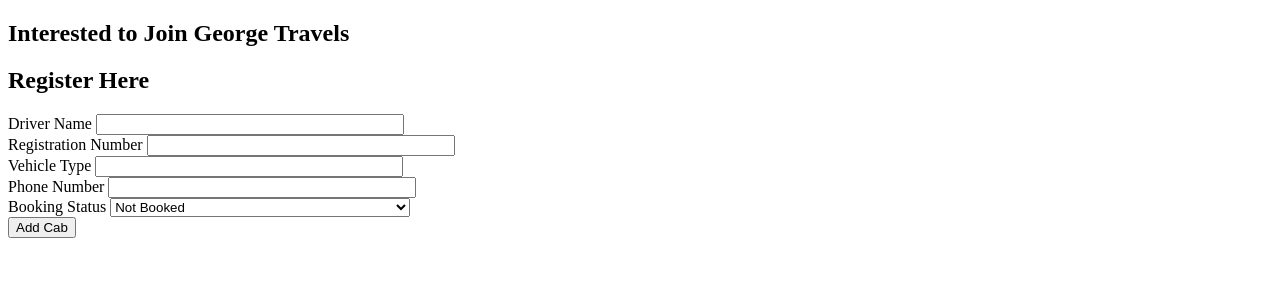
Repository: harshithkandula/Travel-Management-Software
Page: http://localhost/User_Interface_MS/WEB-INF/views/Addcab.jsp
These files come from the project's save history. The page is drawn as it stood at one moment and after the next save; the edit follows.
The browser window is 1280 px wide. The pictures show the whole page.
The page is served by Tomcat 9. Nobody is signed in. The template is opened directly, without the code that normally fills it, so the values that code supplies are empty.

Above is the page before, as saved 2024-04-30 11:25:42.

After the next save:
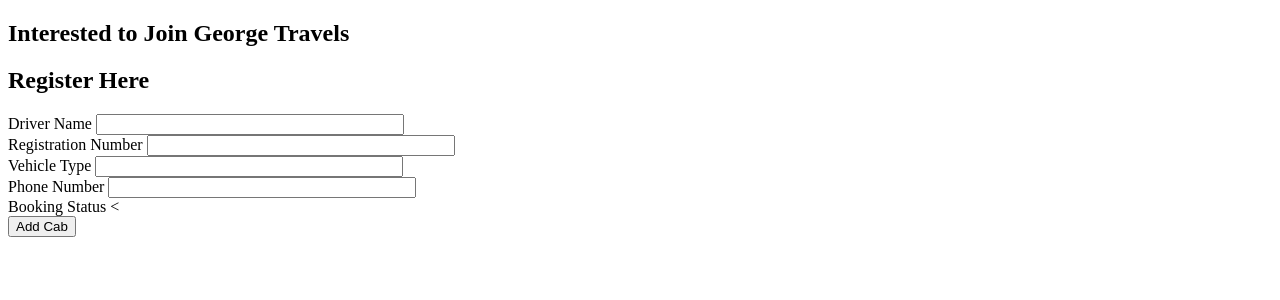
Saved 55 s later.
--- a/User_Interface_MS/src/main/webapp/WEB-INF/views/Addcab.jsp
+++ b/User_Interface_MS/src/main/webapp/WEB-INF/views/Addcab.jsp
@@ -27,17 +27,14 @@
                      </div>
 
                      <div class="mb-3">
-                         <label class="form-label" for="exampleInputPrice">Phone Number</label>
+                         <label class="form-label" for="exampleInputPhoneNumber">Phone Number</label>
                          <input type="text" class="form-control" name="PhoneNumber" style="width:300px">
 
                      </div>
 
                      <div class="mb-3">
                          <label class="form-label" for="exampleInputPrice">Booking Status</label>
-                         <select name="bookingStatus" style="width:300px">
-                               <option value="Not Booked">Not Booked</option>
-                               <option value="Booked">Booked</option>
-                         </select>
+                         <
 
                      </div>
 
